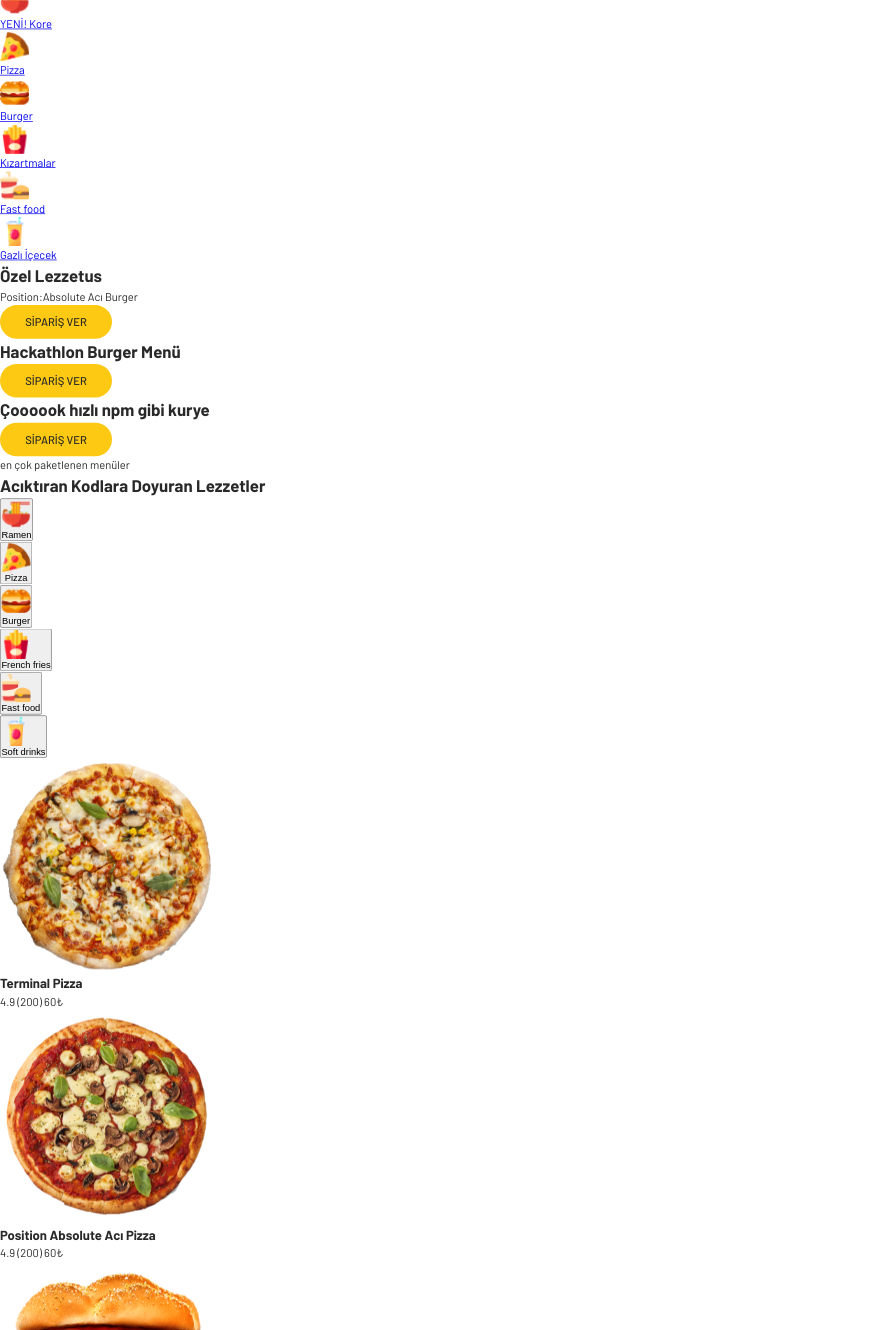
Repository: GozdeAybey/Pizza-HTML-CSS
Page: index.html
The author's editor kept a copy of each file at every save. The page is drawn from the files as they stood at one save, then again after the next save.
The browser window is 1280 px wide. The pictures show the part of the page from y = 737 to 2637 px (the page is 4174 px tall), at 70% of full size.
A picture or video elsewhere on the page could not be fetched, so the positions and the page height are approximate. Some web fonts or font styles are not loaded; a fallback is used.

Above is the page before, as saved 2026-10-26 22:13:02.

After the next save:
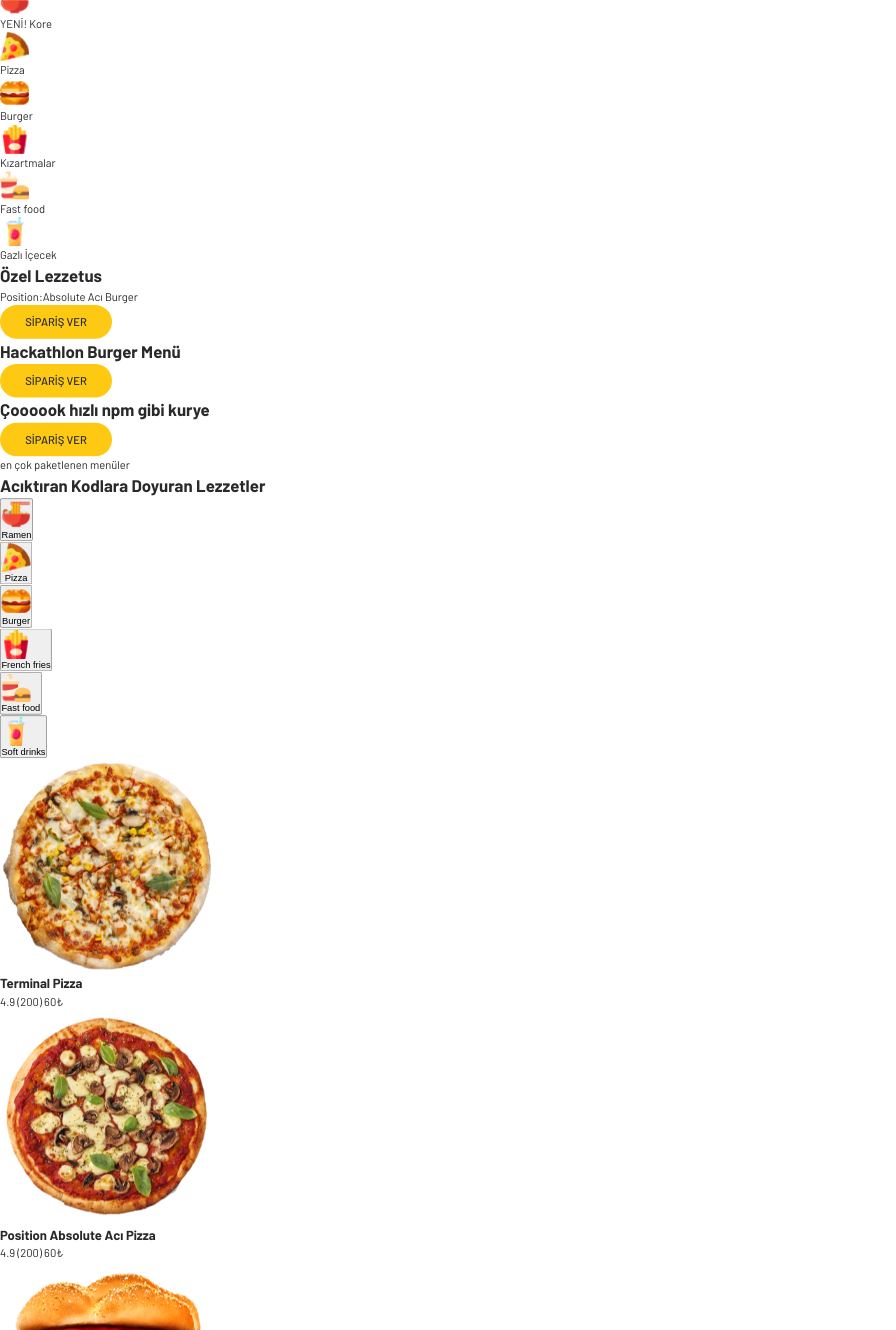
Saved 9 min 19 s later.
--- a/style.css
+++ b/style.css
@@ -80,7 +80,14 @@ body {
 .kapak .buton {
   margin-top: 40px;
 }
+ul {
+  list-style: none;
+}
 
+a {
+  color: inherit;
+  text-decoration: none;
+}
 /* ---------- Geniş ekran ---------- */
 @media (min-width: 768px) {
   .kapak {
